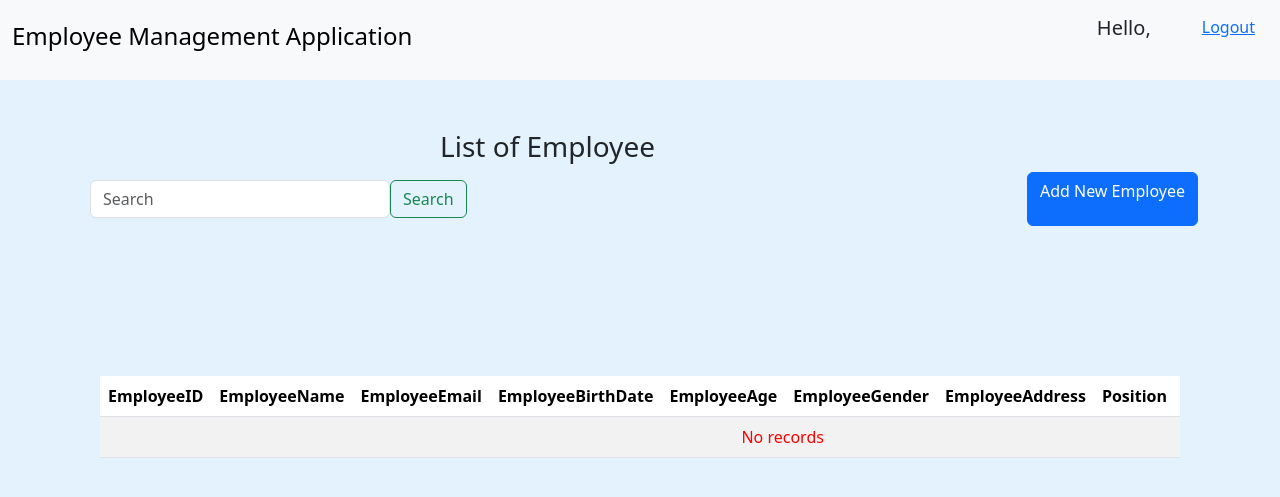
Repository: tranhuuan1703/BaiTapServlet
Page: http://localhost/bai_tap_jsp_servlet/views/Home.jsp
These files come from the project's save history. The page is drawn as it stood at one moment and after the next save; the edit follows.
The browser window is 1280 px wide. The pictures show the whole page.
The page is served by Tomcat 9. The template is opened directly, without the code that normally fills it, so the values that code supplies are empty.

Above is the page before, as saved 2024-08-14 06:29:34.

After the next save:
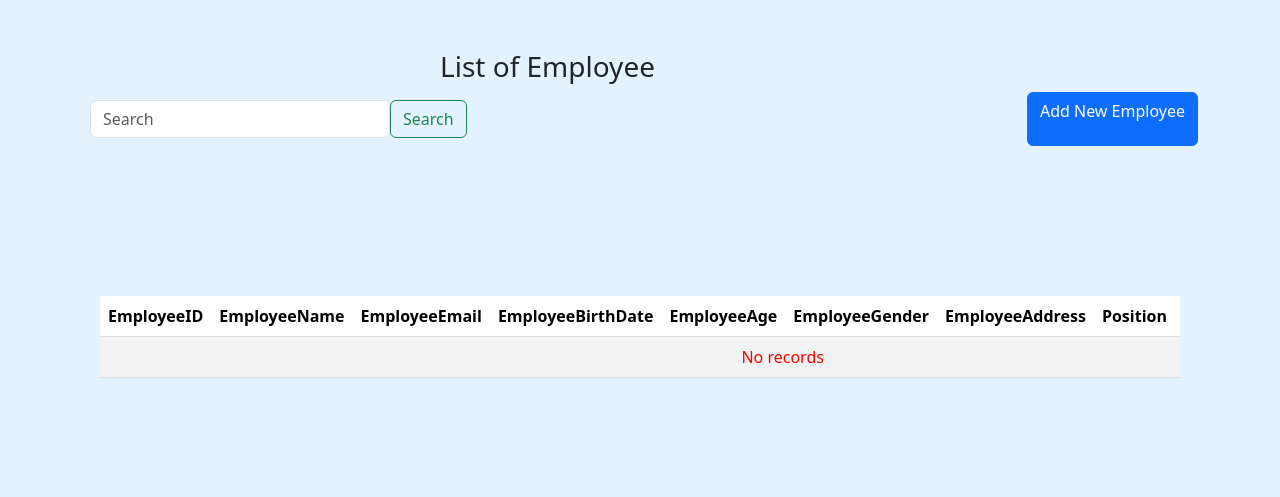
Saved 2 min 19 s later.
--- a/bai_tap_jsp_servlet/bai_tap_jsp_servlet/src/main/webapp/views/Home.jsp
+++ b/bai_tap_jsp_servlet/bai_tap_jsp_servlet/src/main/webapp/views/Home.jsp
@@ -27,7 +27,9 @@
 
 
 	<!-- -------------------------------------------------------------------------------DIV NAV -------------------------------- -->
-   <nav class="navbar navbar-expand-lg bg-light">
+	<!--
+
+		<nav class="navbar navbar-expand-lg bg-light">
       <div class="container-fluid">
          <div class="collapse navbar-collapse" id="navbarSupportedContent">
             <ul class="navbar-nav me-auto mb-2 mb-lg-0">
@@ -37,12 +39,15 @@
             </ul>
             <ul class="d-flex" role="search">
                <h5 class="p-2 bg-light text-center">Hello, ${nameAdmin}</h5>
-               <!--  class="p-2 bg-light text-center" -->
+
                <a href="logout" class="btn btn-link" style="margin-left:30px;">Logout</a>
             </ul>
          </div>
       </div>
    </nav>
+
+	 -->
+
    <div class="mx-auto" style="width: 400px; margin-top: 50px;">
       <h3>List of Employee</h3>
    </div>

After the save that followed:
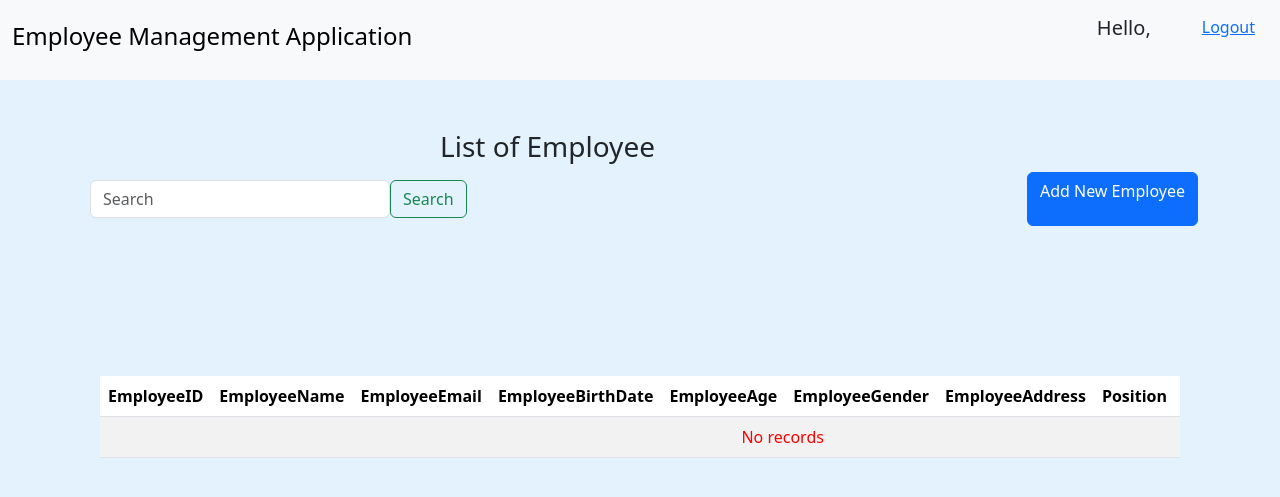
Saved 44 s later.
--- a/bai_tap_jsp_servlet/bai_tap_jsp_servlet/src/main/webapp/views/Home.jsp
+++ b/bai_tap_jsp_servlet/bai_tap_jsp_servlet/src/main/webapp/views/Home.jsp
@@ -47,7 +47,7 @@
    </nav>
 
 	 -->
-
+   <jsp:include page="header.jsp"></jsp:include>
    <div class="mx-auto" style="width: 400px; margin-top: 50px;">
       <h3>List of Employee</h3>
    </div>
